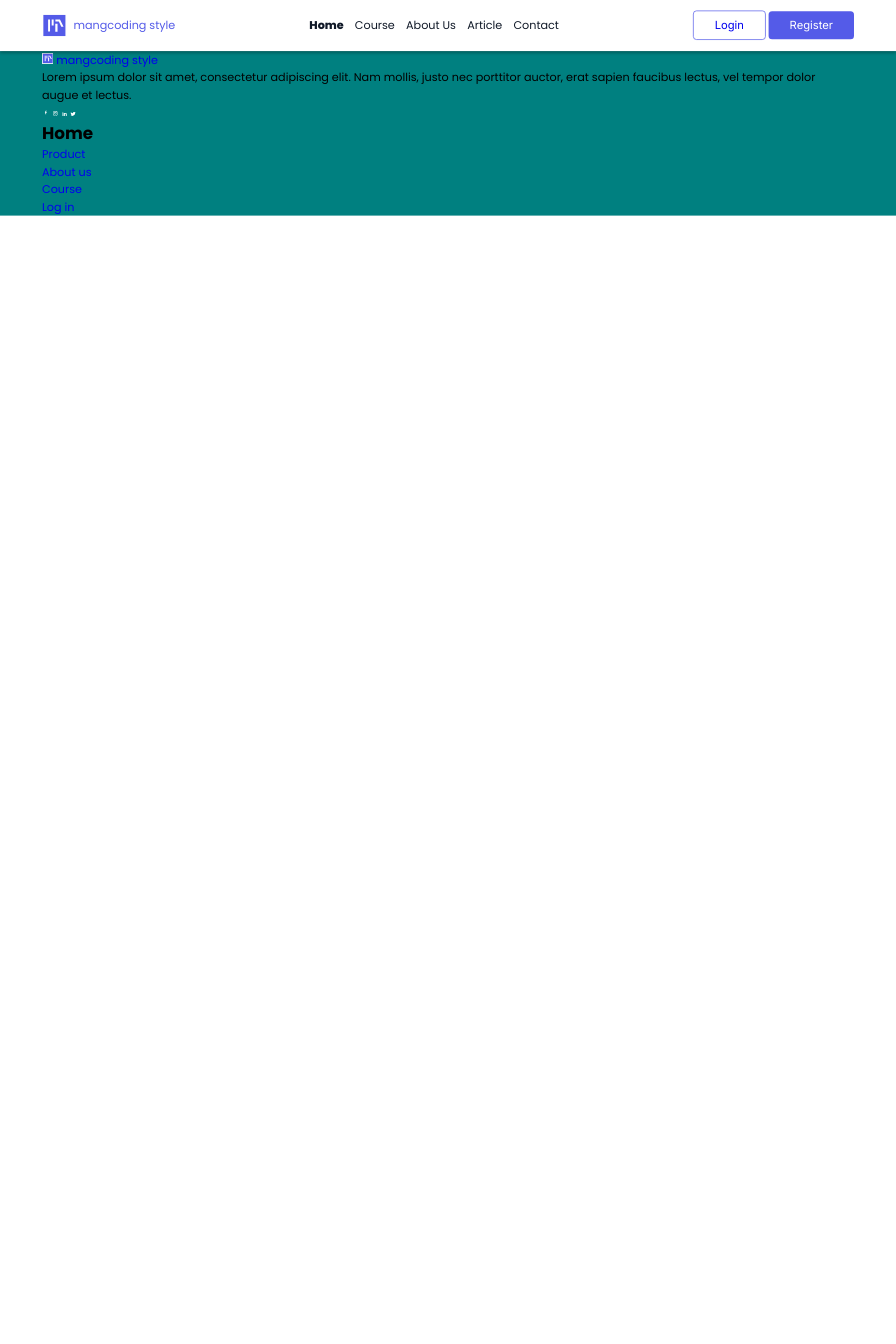
Repository: Dania-Alqam/landing-page
Page: index.html
An editor plug-in stored every save of this project. The page is shown before and after the next save, followed by the edit.
The browser window is 1280 px wide. The pictures show the part of the page from y = 0 to 1920 px (the page is 5000 px tall), at 70% of full size.

Above is the page before, as saved 2024-06-21 23:38:10.

### index.html
<!DOCTYPE html>
<html lang="en">
  <head>
    <meta charset="UTF-8" />
    <meta name="viewport" content="width=device-width, initial-scale=1.0" />
    <title>Document</title>
    <link rel="stylesheet" href="./assests/css/main.css" />
  </head>
  <body>
    <header class="header">
      <div class="container">
        <div class="row">
          <div class="logo">
            <img src="./assests/images/public/Logo.svg" alt="logo" />
            <a href="#">mangcoding style</a>
          </div>
          <nav class="nav">
            <ul>
              <li>
                <a href="#" class="active">Home</a>
              </li>
              <li>
                <a href="#">Course</a>
              </li>
              <li>
                <a href="#">About Us</a>
              </li>
              <li>
                <a href="#">Article</a>
              </li>
              <li>
                <a href="#">Contact</a>
              </li>
            </ul>
          </nav>
          <div class="auth">
            <a href="#">Login</a>
            <a href="#">Register</a>
          </div>
        </div>
      </div>
    </header>

    <footer class="footer">
      <div class="container">
        <div class="row">
          <div class="footer-start">
            <div class="logo">
              <img src="./assests/images/public/Logo.svg" alt="logo" />
              <a href="#">mangcoding style</a>
            </div>
            <p>
              Lorem ipsum dolor sit amet, consectetur adipiscing elit. Nam
              mollis, justo nec porttitor auctor, erat sapien faucibus lectus,
              vel tempor dolor augue et lectus.
            </p>
            <div class="icons">
              <a href="#"><img src="./assests/images/public/facebok.svg" /></a>
              <a href="#"
                ><img src="./assests/images/public/instagram.svg"
              /></a>
              <a href="#"><img src="./assests/images/public/linkedin.svg" /></a>
              <a href="#"><img src="./assests/images/public/twitter.svg" /></a>
            </div>
          </div>
          <div class="footer-end">
            <div class="row">
              <div class="footer-item">
                <h2>
                    Home
                </h2>
                <ul>
                    <li>
                        <a href="#">Product</a>
                    </li>
                    <li>
                        <a href="#">About us</a>
                    </li>
                    <li>
                        <a href="#">Course</a>
                    </li>
                    <li>
                        <a href="#">Log in</a>
                    </li>
                </ul>
              </div>
              <div class="footer-item"></div>
              <div class="footer-item"></div>
              <div class="footer-item"></div>
            </div>
          </div>
        </div>
      </div>
    </footer>
  </body>
</html>

### assests/css/main.css
@import url(./public.css);
.header{
    /* it will not work becuase we added contianer so we add row*/
    /* display: flex; */
    position: sticky;
    top: 0;
    box-shadow: 0px 4px 4px rgba(0, 0, 0, 0.25);
    padding: 20px 0 ;
}

.nav ul{
    display: flex;
    flex-wrap: wrap;
    gap: 16px;
}
.header .logo{
    display: flex;
    flex-wrap: wrap;
    align-items: center;
    gap: 10px;
}
.header .logo img{
    width: 35px;
}

.header .logo a{
color: var(--mainColor);
}

.header .nav a{
    color: #101928;
}

.header .nav a:hover{
    color: var(--mainColor);
}
/* For the home bold*/
.active{
font-weight: 800;
}
/* common properities*/
.header .auth a{
    font-family: var(--subFont);
    padding: 10px 30px;
    border-radius: 5px;

}
.header .auth a:first-of-type{
    border: 1px solid var(--mainColor);
}
.header .auth a:last-of-type{
    background-color: var(--mainColor);
    color: white;
}
@media (max-width:900px) {
    .header .nav{
        display: none;
    }
}
.footer{
    background-color: teal;
}

### assests/css/public.css
@import url('https://fonts.googleapis.com/css2?family=Poppins:ital,wght@0,100;0,200;0,300;0,400;0,500;0,600;0,700;0,800;0,900;1,100;1,200;1,300;1,400;1,500;1,600;1,700;1,800;1,900&display=swap');
@import url('https://fonts.googleapis.com/css2?family=Inter:wght@100..900&display=swap');

*{
    margin: 0;
    padding: 0;
    box-sizing: border-box;
}
:root{
    --mainFont: "Poppins", sans-serif;
    --subFont:  "Inter", sans-serif;
    --mainColor: #545BE8;

}
body{
    font-family: var(--mainFont);
    height: 5000px;
}
a{
    text-decoration: none;
}
ul{
    list-style: none;
}
.row{
    display: flex;
    justify-content: space-between;
    align-items: center;
    flex-wrap: wrap;

}

.container{
    /* width from fugma is 60px from each side*/
    width: calc(100% - 120px);
    margin: auto;
}

After the next save:
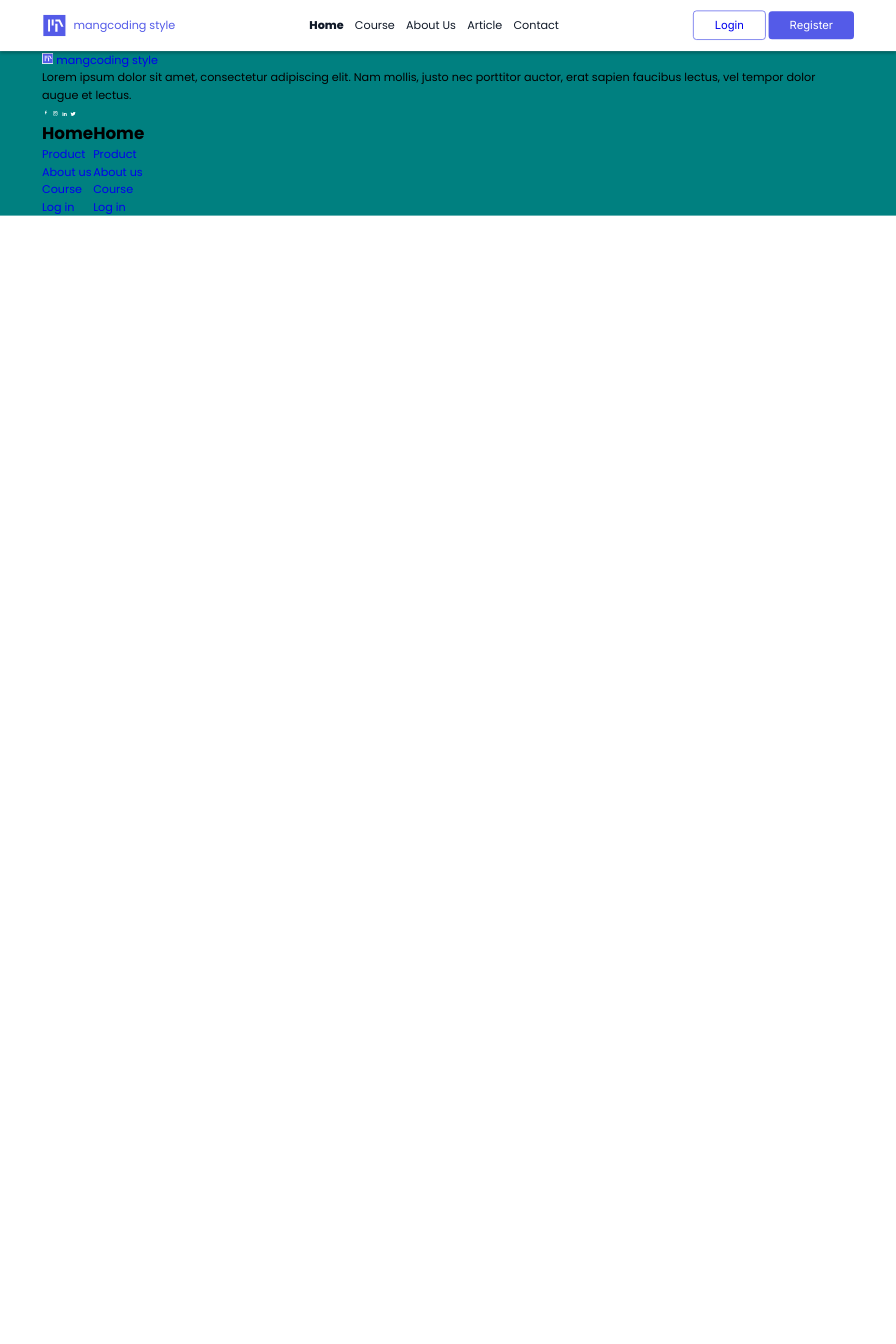
Saved 10 s later.
--- a/index.html
+++ b/index.html
@@ -84,7 +84,25 @@
                     </li>
                 </ul>
               </div>
-              <div class="footer-item"></div>
+              <div class="footer-item">
+                <h2>
+                    Home
+                </h2>
+                <ul>
+                    <li>
+                        <a href="#">Product</a>
+                    </li>
+                    <li>
+                        <a href="#">About us</a>
+                    </li>
+                    <li>
+                        <a href="#">Course</a>
+                    </li>
+                    <li>
+                        <a href="#">Log in</a>
+                    </li>
+                </ul>
+              </div>
               <div class="footer-item"></div>
               <div class="footer-item"></div>
             </div>
